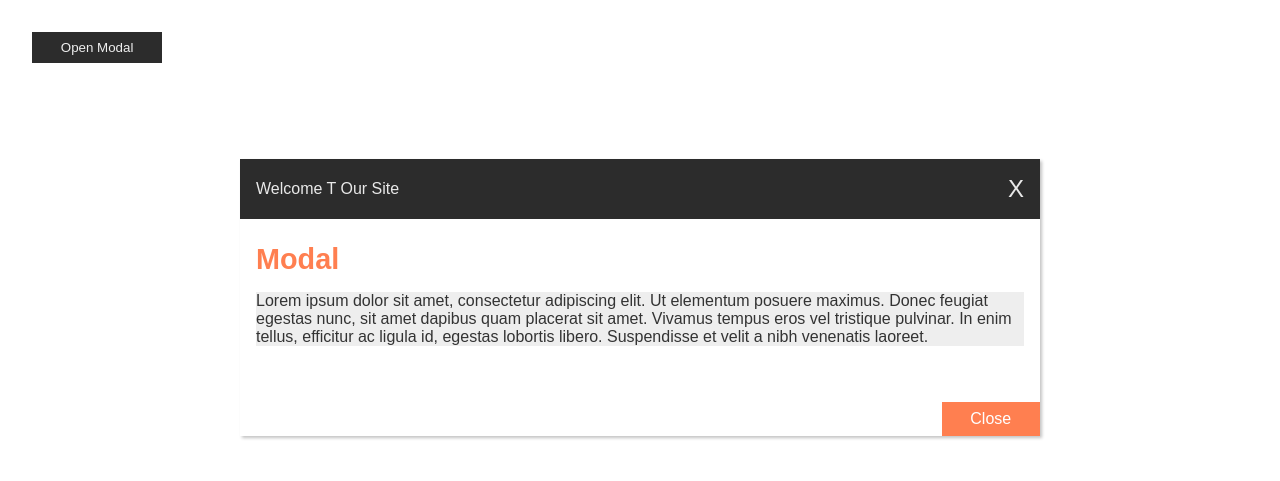
Repository: KrzysKolo/sr_tydzien5_zad1
Page: /
An editor plug-in stored every save of this project. The page is shown before and after the next save, followed by the edit.
The browser window is 1280 px wide. The pictures show the whole page.
The project was rebuilt for these pictures with package versions that can differ from the ones it lists, and the page was loaded fresh each time.

Above is the page before, as saved 2020-12-18 14:00:44.

After the next save:
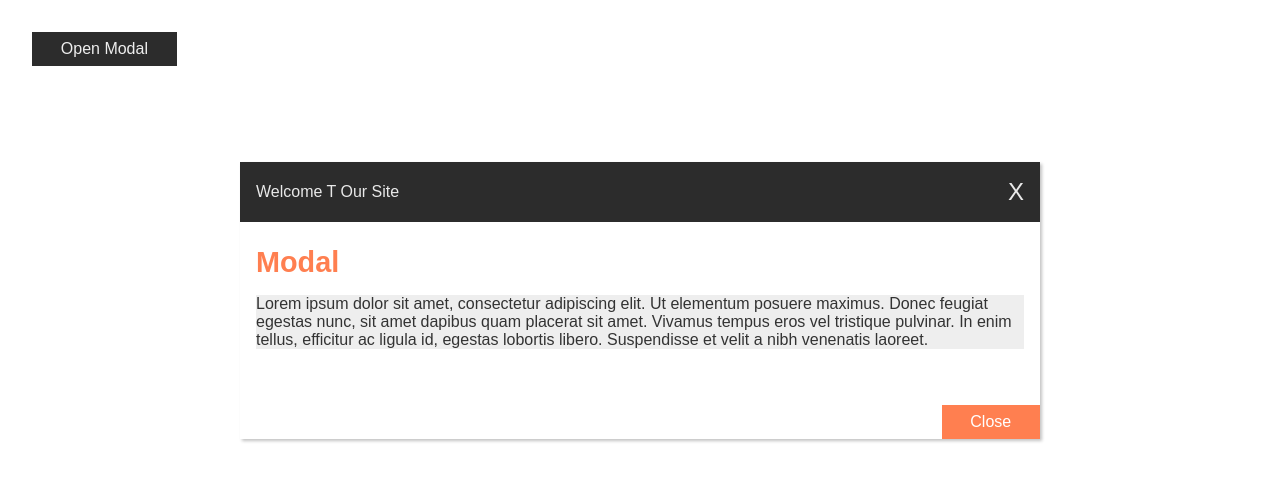
Saved 58 s later.
--- a/src/App.css
+++ b/src/App.css
@@ -1,6 +1,7 @@
 .btn-openModal {
   background-color: #2c2c2c;
   color: #eee;
+  font-size: 1rem;
   margin: 2rem;
   padding: 0.5rem 1.8rem;
   border: none;
